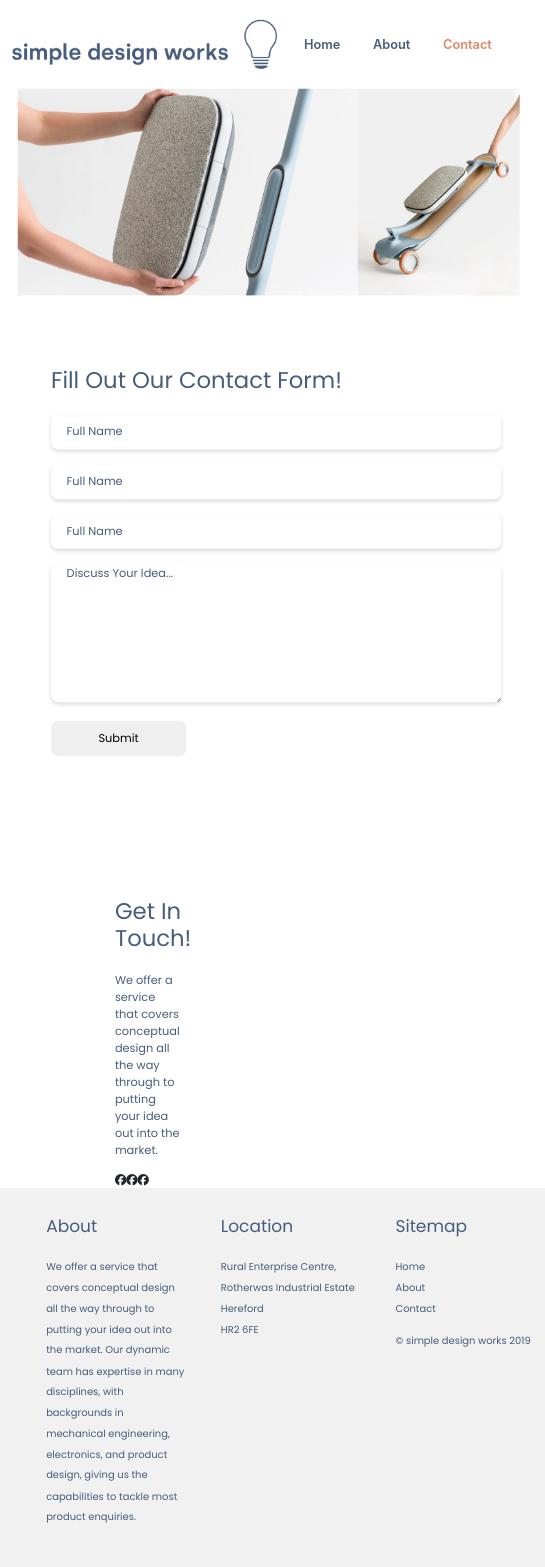
Repository: cobyfoster99/User-Centric-frontend-project
Page: contact.html
The author's editor kept a record of every edit. The page is drawn from the files as they stood at one moment, then again after the next edit.
The browser window is 768 px wide. The pictures show the whole page, at 71% of full size.
Some web libraries are served in a nearby version.

Above is the page before.

After the next edit:
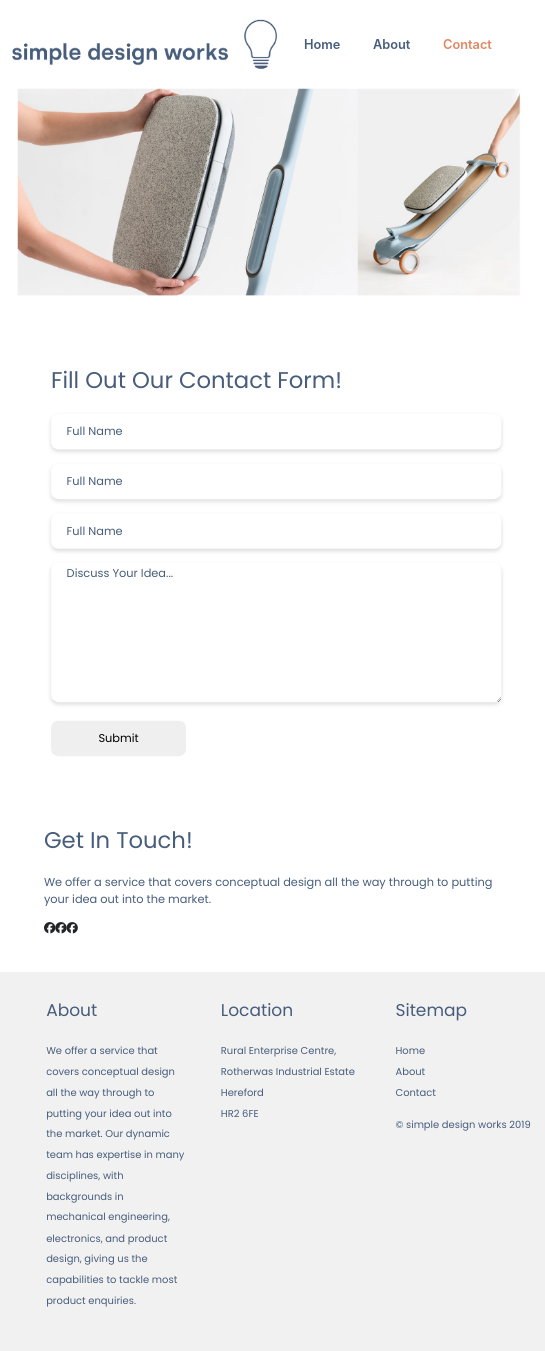
The edit:
--- a/assets/css/style.css
+++ b/assets/css/style.css
@@ -530,8 +530,9 @@
 }
 
 @media only screen and (max-width: 786px) and (min-width: 324px) {.contact-info-contact {
-    padding-left: 100px;
-    padding-top: 100px;
-    width: 30%;
+    padding-left: 0px;
+    padding-top: 0px;
+    padding-bottom: 50px;
+    width: 100%;
     display: inline-block;
 }}
